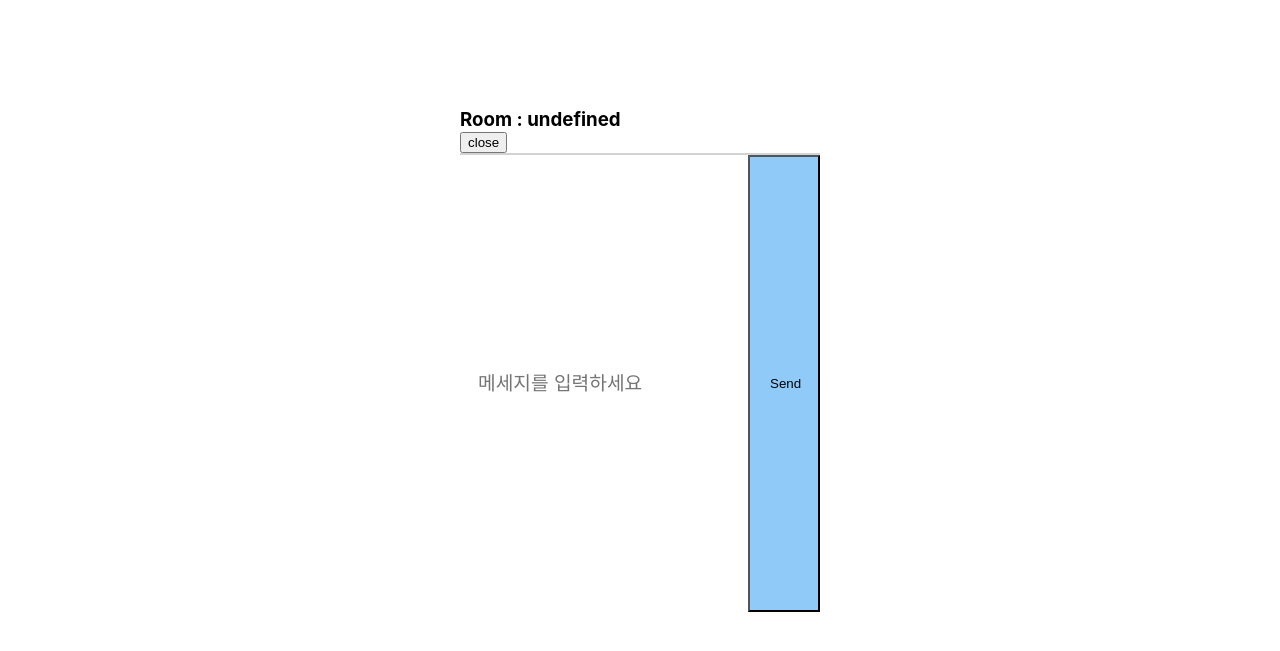
Repository: bucket-kim/kakaoTalk_with_Bon
Page: /chat (app in kakao/)
The author's editor kept a copy of each file at every save. The page is drawn from the files as they stood at one save, then again after the next save.
The browser window is 1280 px wide. The pictures show the whole page.
The page's requests for data from a server got no answer. The project was rebuilt for these pictures with package versions that can differ from the ones it lists, and the page was loaded fresh each time. No one was signed in, and anything a server would have sent is missing. Also part of the build but not shown: kakao/src/App.css, kakao/src/components/Messages/Message/Message.js, kakao/src/components/JoinRoom/JoinRoom.module.css, kakao/src/components/JoinRoom/JoinRoom.js.

Above is the page before, as saved 2021-03-03 23:44:26.

### kakao/src/App.js
import "./App.css";
import "@fortawesome/fontawesome-free/js/all.js";
import { BrowserRouter as Router, Route } from "react-router-dom";
import React from "react";
import Chat from "./components/Chat/Chat";
import JoinRoom from "./components/JoinRoom/JoinRoom";

function App() {
  return (
    <Router>
      <Route path={["/", "/joinroom/"]} component={JoinRoom} exact />
      <Route path="/chat/" component={Chat} />
    </Router>
  );
}

export default App;

### kakao/src/components/Chat/Chat.js
import React, { useEffect, useState, useReducer } from "react";
import queryString from "query-string";
import io from "socket.io-client";
import "./Chat.css";

// 하위 컴포넌트
import Messages from "../Messages/Messages";
import RoomInfo from "../RoomInfo/RoomInfo";
import Input from "../Input/Input";

let socket;

const Chat = ({ location }) => {
  const [name, setName] = useState("");
  const [room, setRoom] = useState("");
  const [message, setMessage] = useState("");
  const [messages, setMessages] = useState([]);

  const [users, setUsers] = useState("");

  const ENDPOINT = "http://localhost:8000";

  useEffect(() => {
    // query-string middleware의 사용
    // const data = queryString.parse(location.search);
    // console.log(location.search); // ?name=lama&room=peru
    // console.log(data); // 객체 : {name: "lama", room: "peru"}
    // 다시 정리
    const { name, room } = queryString.parse(location.search);

    socket = io(ENDPOINT); // 소켓 연결

    setName(name);
    setRoom(room);

    console.log(name, room); // lama peru

    // console.log(socket);
    socket.emit("join", { name, room }, (error) => {
      // console.log("error");
      // 에러 처리
      if (error) {
        alert(error);
      }
    });

    // return () => {
    //   socket.emit("disconnect");

    //   socket.off();
    // };
  }, [ENDPOINT, location.search]); // 한번만 부른다 // 불필요한 사이드 이펙트를 줄인다

  useEffect(() => {
    // 서버에서 message 이벤트가 올 경우에 대해서 `on`
    socket.on("message", (message) => {
      setMessages([...messages, message]);
    });

    socket.on("roomData", ({ users }) => {
      setUsers(users);
    });
  }, [messages]);

  // 메세지 보내기 함수
  const sendMessage = (e) => {
    e.preventDefault();
    if (message) {
      socket.emit("sendMessage", message, setMessage(""));
    }
  };
  console.log(message, messages);
  console.log(users, "users");

  // return <h1>Chat</h1>;
  // 1.roominfo
  // 2.messages
  // 3.input
  return (
    <div className="chatOuterContainer">
      <div className="chatInnerContainer">
        <div className="appbar"></div>
        <div className="chatScreen">
          <div className="chatScreenPaper">
            <RoomInfo room={room} />
            <Messages messages={messages} name={name} />
            <Input message={message} setMessage={setMessage} sendMessage={sendMessage} />
          </div>
        </div>
      </div>
    </div>
  );
};

export default Chat;

### kakao/src/components/Chat/Chat.css
* {
  margin: 0;
}
.chatOuterContainer {
  height: 100vh;
}

.chatInnerContainer {
  display: flex;
  height: 100vh;
  justify-content: center;
  align-items: center;
}

.chatScreen {
  height: 70vh;
  width: 50vh;
  display: flex;
}

.chatScreenPaper {
  flex: 1;
  display: flex;
  flex-direction: column;
}

@media screen and (max-width: 768px) {
  .chatScreen {
    width: 100%;
    height: 100%;
  }
}

### kakao/src/components/Messages/Messages.js
import React from "react";
import Message from "./Message/Message";
import styles from "./Messages.module.css";

const Messages = ({ messages, name }) => (
  <div className="messages">
    {messages.map((message, i) => (
      <div key={i}>
        <Message message={message} name={name} />
      </div>
    ))}
  </div>
);

export default Messages;

### kakao/src/components/RoomInfo/RoomInfo.js
import React from "react";
import { Link } from "react-router-dom";
import styles from "./RoomInfo.module.css";

const RoomInfo = ({ room }) => (
  <div className="roomInfo">
    <div className="leftInfo">
      <h3 className="leftInfo-text">{`Room : ${room}`}</h3>
    </div>
    <div className="rightInfo">
      <Link to={"/joinroom"}>
        <button className="infoButton" color="inherit">
          close
        </button>
      </Link>
    </div>
  </div>
);

export default RoomInfo;

### kakao/src/components/Input/Input.js
import React from "react";
import "./Input.css";

const Input = ({ message, setMessage, sendMessage }) => (
  //   return <div className="Input"></div>;
  // <form className="inputForm">
  <div className="inputContainer">
    <input
      className="input"
      type="text"
      placeholder="메세지를 입력하세요"
      value={message}
      onChange={(e) => setMessage(e.target.value)}
      onKeyPress={(e) => (e.key === "Enter" ? sendMessage(e) : null)}
    />
    <button
      variant="contained"
      color="primary"
      className="inputButton"
      onClick={(e) => sendMessage(e)}
    >
      Send
    </button>
  </div>
  // </form>
);
export default Input;

### kakao/src/components/Input/Input.css
.inputContainer {
  flex: 1;
  display: flex;
  border-top: 2px solid #d3d3d3;
}

.input {
  border: none;
  border-radius: 0;
  padding: 5%;
  width: 80%;
  font-size: 1.2em;
}

.inputButton {
  background-color: #90caf9;
  padding: 20px;
  width: 20%;
}

Loaded but not shown: kakao/public/index.html (common file); kakao/src/index.js (common file); kakao/src/index.css (common file); kakao/src/components/Messages/Message/Message.css (no stored copy; drawn as an empty file); kakao/src/components/Messages/Message/Message.module.css (no stored copy; drawn as an empty file); kakao/src/components/Messages/Messages.module.css (no stored copy; drawn as an empty file); kakao/src/components/RoomInfo/RoomInfo.module.css (no stored copy; drawn as an empty file)

After the next save:
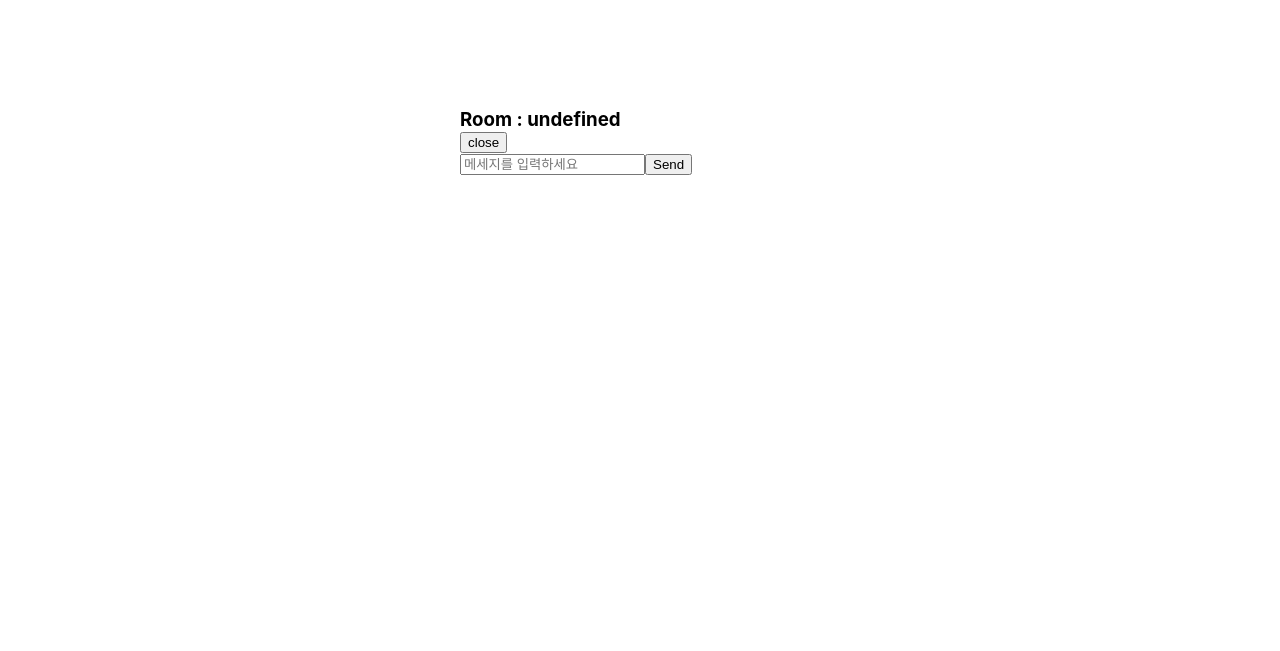
Saved 17 s later.
--- a/kakao/src/components/Input/Input.js
+++ b/kakao/src/components/Input/Input.js
@@ -1,5 +1,5 @@
 import React from "react";
-import "./Input.css";
+import styles from "./Input.module.css";
 
 const Input = ({ message, setMessage, sendMessage }) => (
   //   return <div className="Input"></div>;
